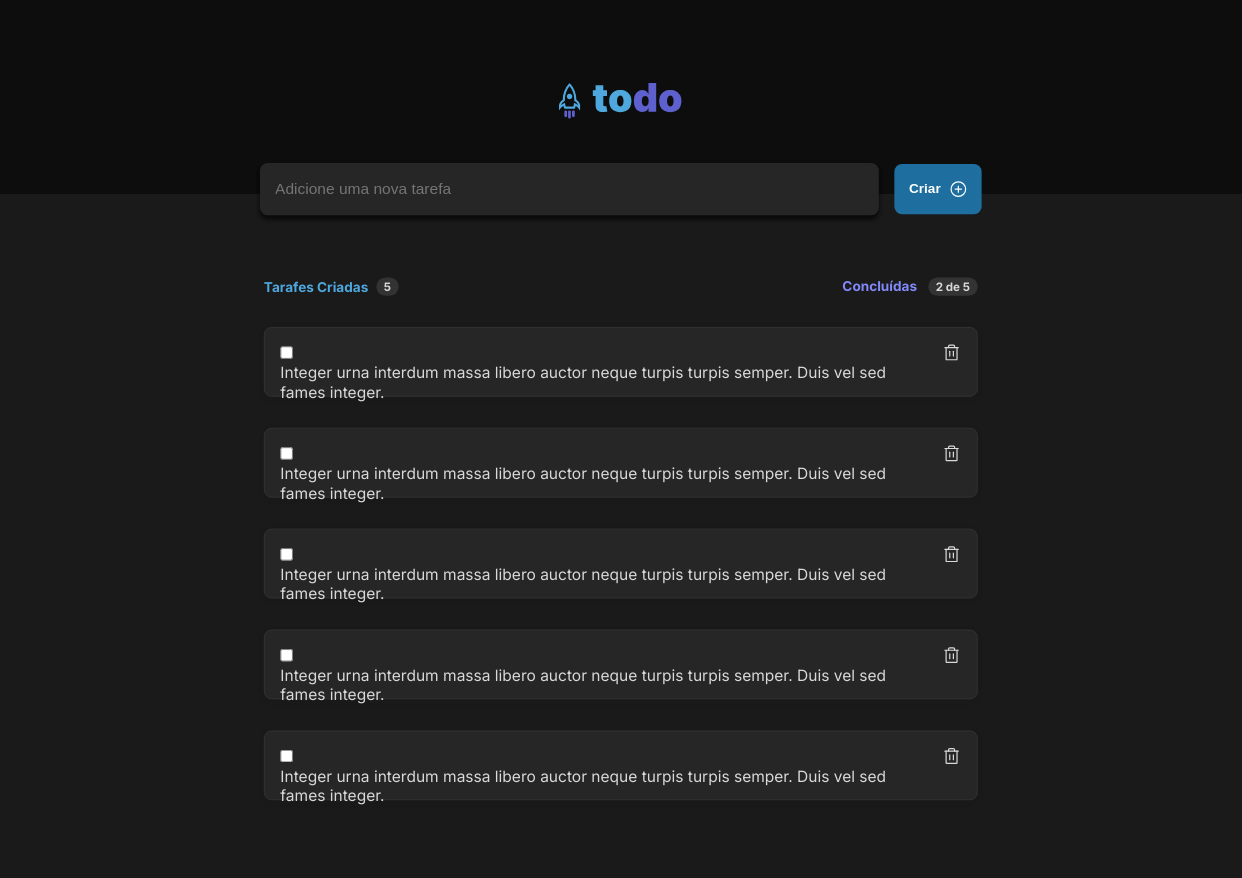
Repository: guilhermecardoso93/todolistreact
Page: /
These files come from the project's save history. The page is drawn as it stood at one moment and after a run of saves; the edit follows.
The browser window is 1280 px wide. The pictures show the whole page, at 97% of full size.
The project was rebuilt for these pictures with package versions that can differ from the ones it lists, and the page was loaded fresh each time. Also part of the build but not shown: vite.config.ts.

Above is the page before, as saved 2022-07-02 20:12:53.

### index.html
<!DOCTYPE html>
<html lang="en">
  <head>
    <meta charset="UTF-8" />
    <link rel="icon" type="image/svg+xml" href="/src/favicon.svg" />
    <link rel="preconnect" href="https://fonts.googleapis.com" />
    <link rel="preconnect" href="https://fonts.gstatic.com" crossorigin />
    <meta name="viewport" content="width=device-width, initial-scale=1.0" />
    <link
      href="https://fonts.googleapis.com/css2?family=Inter:wght@400;500;600;700&display=swap"
      rel="stylesheet"
    />
    <title>to do list</title>
  </head>
  <body>
    <div id="root"></div>
    <script type="module" src="/src/main.tsx"></script>
  </body>
</html>

### src/App.tsx
import "./global.css";
import { Header } from "./Header";
import { Tasks } from "./Tasks";

function App() {
  return (
    <>
      <Header />
      <div>
        <Tasks/>
      </div>
    </>
  );
}

export default App;

### src/global.css
:root {
  --white: #fff;

  --gray-100: #f2f2f2;
  --gray-100: #d9d9d9;
  --gray-300: #808080;
  --gray-400: #333333;
  --gray-500: #262626;
  --gray-600: #1a1a1a;
  --gray-700: #0d0d0d;

  --danger: #e25858;

  --purple: #828afa;
  --purple-dark: #5e60ce;

  --blue: #4ea8de;
  --blue-dark: #1e6f9f;
}

* {
  margin: 0;
  padding: 0;
  box-sizing: border-box;
}

body {
  -webkit-font-smoothing: antialiased;
  font-family: 'Inter', sans-serif;
  background: var(--gray-600);
}

### src/Header.tsx
import  Logo  from "./assets/logo.svg";

import styles from "./Header.module.css";

export function Header() {
  return (
    <header className={styles.header}>
      <img src={Logo} alt='logo' className={styles.logo}/>
    </header>
  );
}

### src/Tasks.tsx
import { Trash } from "phosphor-react";
import { TaskBar } from "./TasksBar";
import { TaskList } from "./TasksList";

import styles from "./Tasks.module.css";

export function Tasks() {
  return (
    <div className={styles.content}>
      <TaskBar />
      <div>
        <div className={styles.titles}>
          <div className={styles.titlesMake}>
            <p className={styles.titlesMakeTitle}>Tarafes Criadas</p>
            <p className={styles.titlesMakeTitleNumber}> 5 </p>
          </div>
          <div className={styles.titles}>
            <p className={styles.titlesDoneTitle}>Concluídas</p>
            <p className={styles.titlesDoneTitleNumber}> 2 de 5 </p>
          </div>
        </div>
        <TaskList />
        <TaskList />
        <TaskList />
        <TaskList />
        <TaskList />
      </div>
    </div>
  );
}

### src/Header.module.css
.header {
  height: 12.5rem;
  background: var(--gray-700);
  display: flex;
  justify-content: center;
  align-items: center;
}

.logo {
  height: 4rem;
  width: 8rem;
}

### src/TasksBar.tsx
import { PlusCircle } from "phosphor-react";

import styles from "./TasksBar.module.css";

export function TaskBar() {
  return (
    <div className={styles.container}>
      <input type="text" placeholder="Adicione uma nova tarefa" />
      <button>
        {" "}
        Criar <PlusCircle size={20} />{" "}
      </button>
    </div>
  );
}

### src/TasksList.tsx
import { Trash } from "phosphor-react";

import styles from "./TasksList.module.css";

export function TaskList() {
  return (
    <div>
      <div className={styles.tasksList}>
        <div className={styles.tasksListItem}>
          <div className={styles.tasksListItemCheck}>
            <input type="checkbox" name="" id="" />
            <p>
              Integer urna interdum massa libero auctor neque turpis turpis
              semper. Duis vel sed fames integer.{" "}
            </p>
          </div>
          <div>
            <button className={styles.delete}>
              <Trash size={20} />{" "}
            </button>
          </div>
        </div>
      </div>
    </div>
  );
}

### src/Tasks.module.css
.content {
  display: flex;
  flex-direction: column;
  align-items: center;
  justify-content: space-between;
  margin: auto;
  margin-bottom: 5rem;

  width: 736px;
  gap: 4rem;
}

.titles {
  display: flex;
  align-itens: center;
  justify-content: space-between;
  gap: 0.7rem;
}

.titlesMake,
.titleDone {
  display: flex;
  flex-direction: row;
  justify-content: center;
  align-items: center;
  gap: 0.5rem;
}
.titlesMakeTitle {
  color: var(--blue);
  font-weight: bold;
  font-weight: 700;
  font-size: 14px;
  line-height: 17px;
}

.titlesDoneTitle {
  color: var(--purple);
  font-weight: bold;
  font-weight: 700;
  font-size: 14px;
  line-height: 17px;
}

.titlesMakeTitleNumber,
.titlesDoneTitleNumber {
  display: flex;
  flex-direction: column;
  justify-content: center;
  align-items: center;

  width: auto;
  padding: 2px 8px;
  height: 19px;

  background: var(--gray-400);
  color: var(--gray-100);
  border-radius: 999px;

  font-style: normal;
  font-weight: 700;
  font-size: 12px;
  line-height: 15px;
}

### src/TasksBar.module.css
.container {
  display: flex;
  align-items: center;
  justify-content: center;
  margin-top: -2rem;
  gap: 1rem;
}

.container input {
  background-color: var(--gray-500);
  color: var(--gray-300);
  width: 39.93rem;
  padding: 1rem;

  font-style: normal;
  font-weight: 400;
  font-size: 1rem;
  line-height: 140%;

  border: 1px solid var(--grey-700);
  box-shadow: 0px 4px 4px rgba(0, 0, 0, 0.25), 0px 4px 4px rgba(0, 0, 0, 0.25),
    0px 4px 4px rgba(0, 0, 0, 0.25);
  border-radius: 8px;
}

.container button {
  background: var(--blue-dark);
  color: var(--white);
  gap: 0.5rem;
  display: flex;
  align-items: center;
  justify-content: center;
  border-radius: 8px;
  height: 3.25rem;
  width: 5.62rem;
  border: none;

  font-style: normal;
  font-weight: 700;
  font-size: 14px;
  line-height: 140%;
  cursor: pointer;

  transition: 0.2s;
}

.container button:hover {
  background: var(--blue);
}

### src/TasksList.module.css
.tasksList {
  display: flex;
  flex-direction: row;
  gap: 1rem;

  margin-top: 2rem;
}

.tasksListItem {
  display: flex;
  flex-direction: row;
  align-items: flex-start;
  padding: 16px;
  gap: 12px;

  border: 1px solid #333333;
  box-shadow: 0px 2px 8px rgba(0, 0, 0, 0.06);
  border-radius: 8px;
  background: var(--gray-500);
  color: var(--gray-100);

  width: 736px;
  height: 72px;
}


.delete {
  background: none;
  border: none;
  color: var(--gray-100);
  cursor: pointer;

  transition: 0.2s;
}

.delete:hover {
  color: var(--danger);
}

Loaded but not shown: src/main.tsx (common file)

After the next 2 saves:
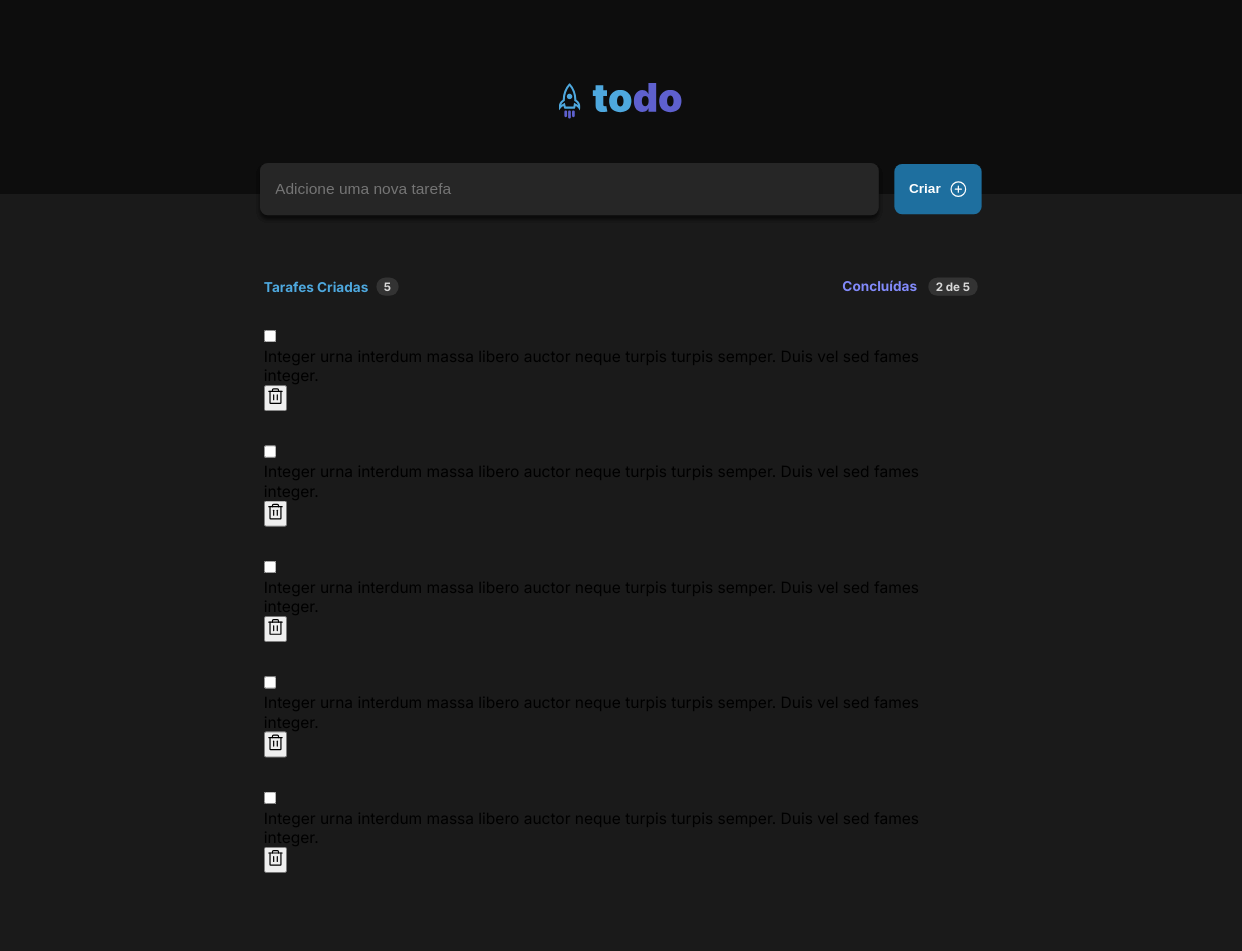
The 2 saves are shown as one change because 1 did not build or start.
The last was saved 27 s later.
--- a/src/TasksList.module.css
+++ b/src/TasksList.module.css
@@ -5,7 +5,7 @@
 
   margin-top: 2rem;
 }
-
+/*
 .tasksListItem {
   display: flex;
   flex-direction: row;
@@ -36,3 +36,4 @@
 .delete:hover {
   color: var(--danger);
 }
+*/

After the save that followed:
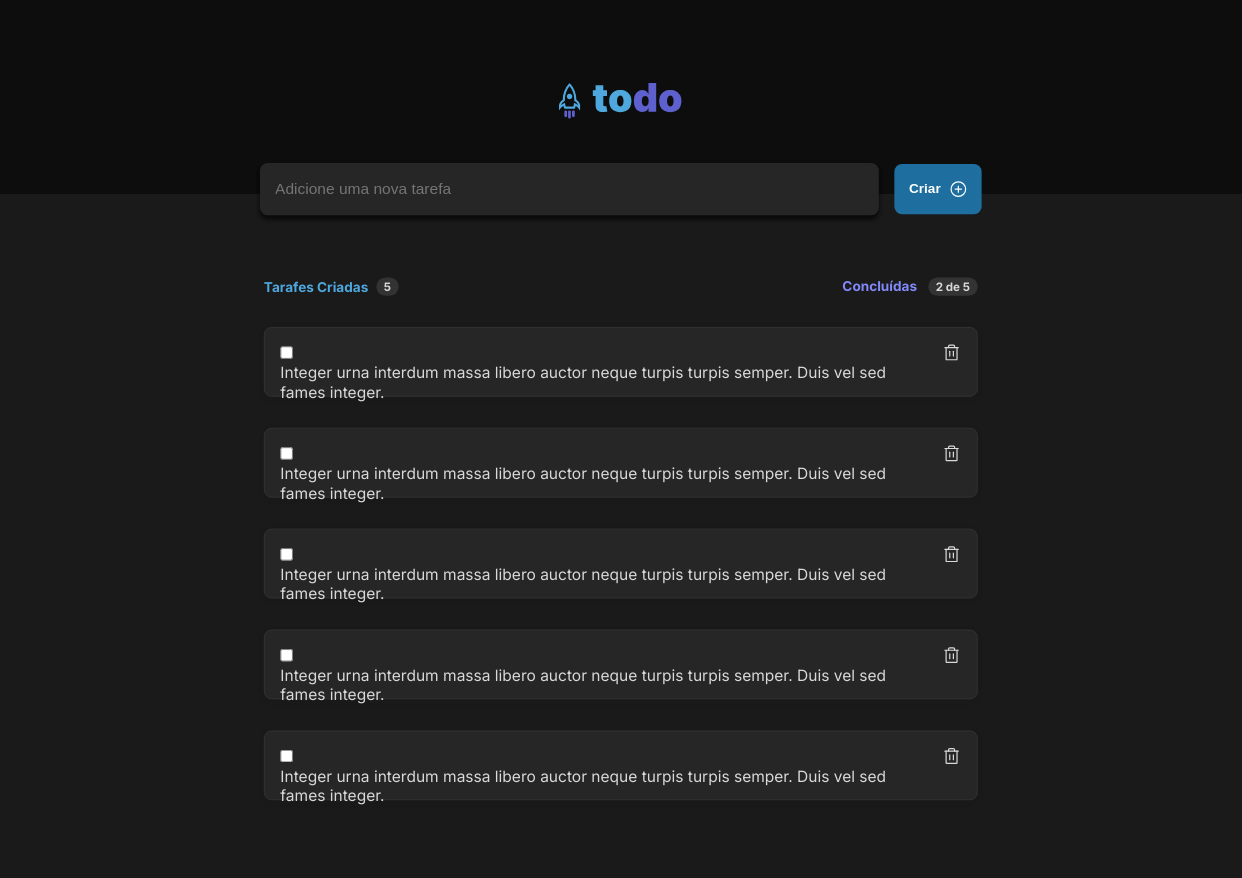
Saved 8 s later.
--- a/src/TasksList.module.css
+++ b/src/TasksList.module.css
@@ -5,7 +5,7 @@
 
   margin-top: 2rem;
 }
-/*
+
 .tasksListItem {
   display: flex;
   flex-direction: row;
@@ -36,4 +36,3 @@
 .delete:hover {
   color: var(--danger);
 }
-*/
